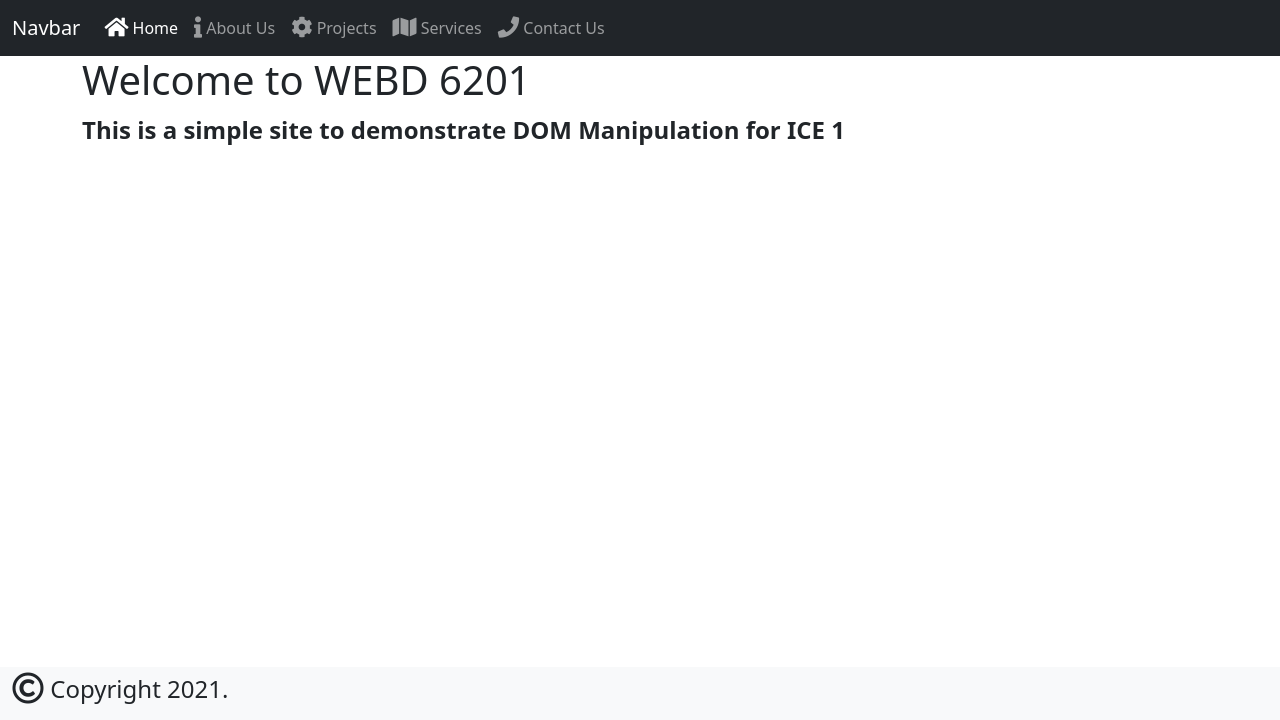
Repository: aphim/Webd6201-wk3
Page: index.html
These files come from the project's save history. The page is drawn as it stood at one moment and after the next save; the edit follows.
The browser window is 1280 px wide. The pictures show the whole page.

Above is the page before, as saved 2021-01-20 09:43:35.

After the next save:
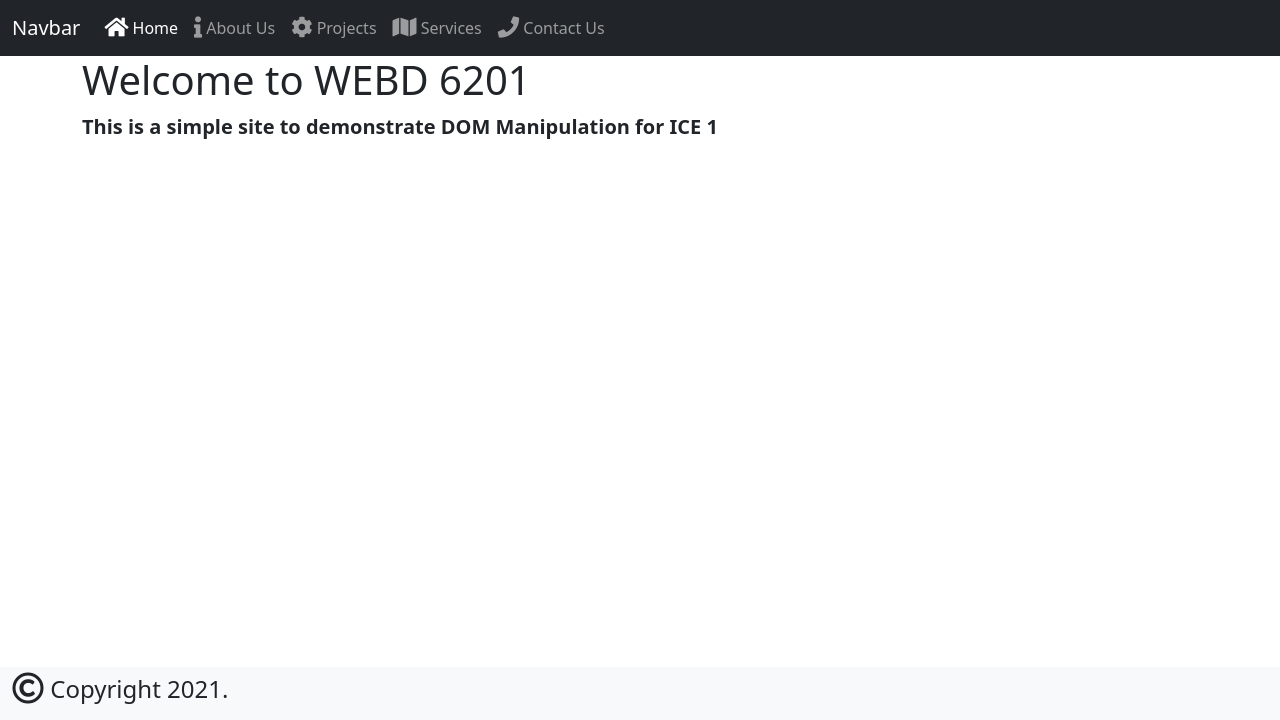
Saved 12 s later.
--- a/Scripts/app.js
+++ b/Scripts/app.js
@@ -25,7 +25,7 @@
         //console.log(paragraphOneQuery);
 
         paragraphOneElement.textContent = paragraphOneText;
-        paragraphOneElement.className = "fs-4 fw-bold";
+        paragraphOneElement.className = "fs-5 fw-bold";
     }
 
 
